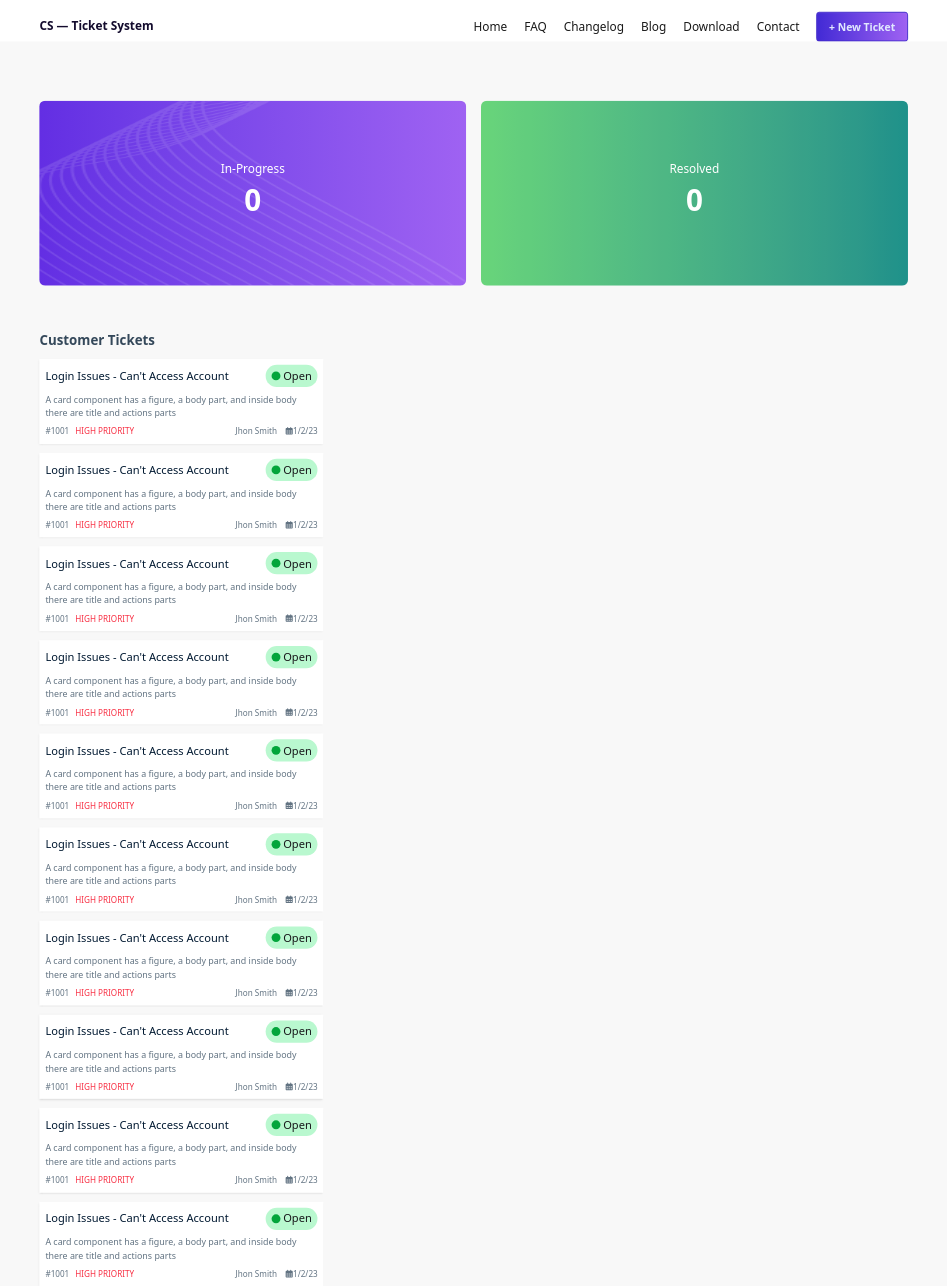
Repository: SanjidaSnigdha/Customer-Support-Zone
Page: /
The author's editor kept a copy of each file at every save. The page is drawn from the files as they stood at one save, then again after the next save.
The browser window is 1280 px wide. The pictures show the whole page, at 74% of full size.
The project was rebuilt for these pictures with package versions that can differ from the ones it lists, and the page was loaded fresh each time. Also part of the build but not shown: vite.config.js, src/App.css.

Above is the page before, as saved 2026-03-24 04:32:23.

After the next save:
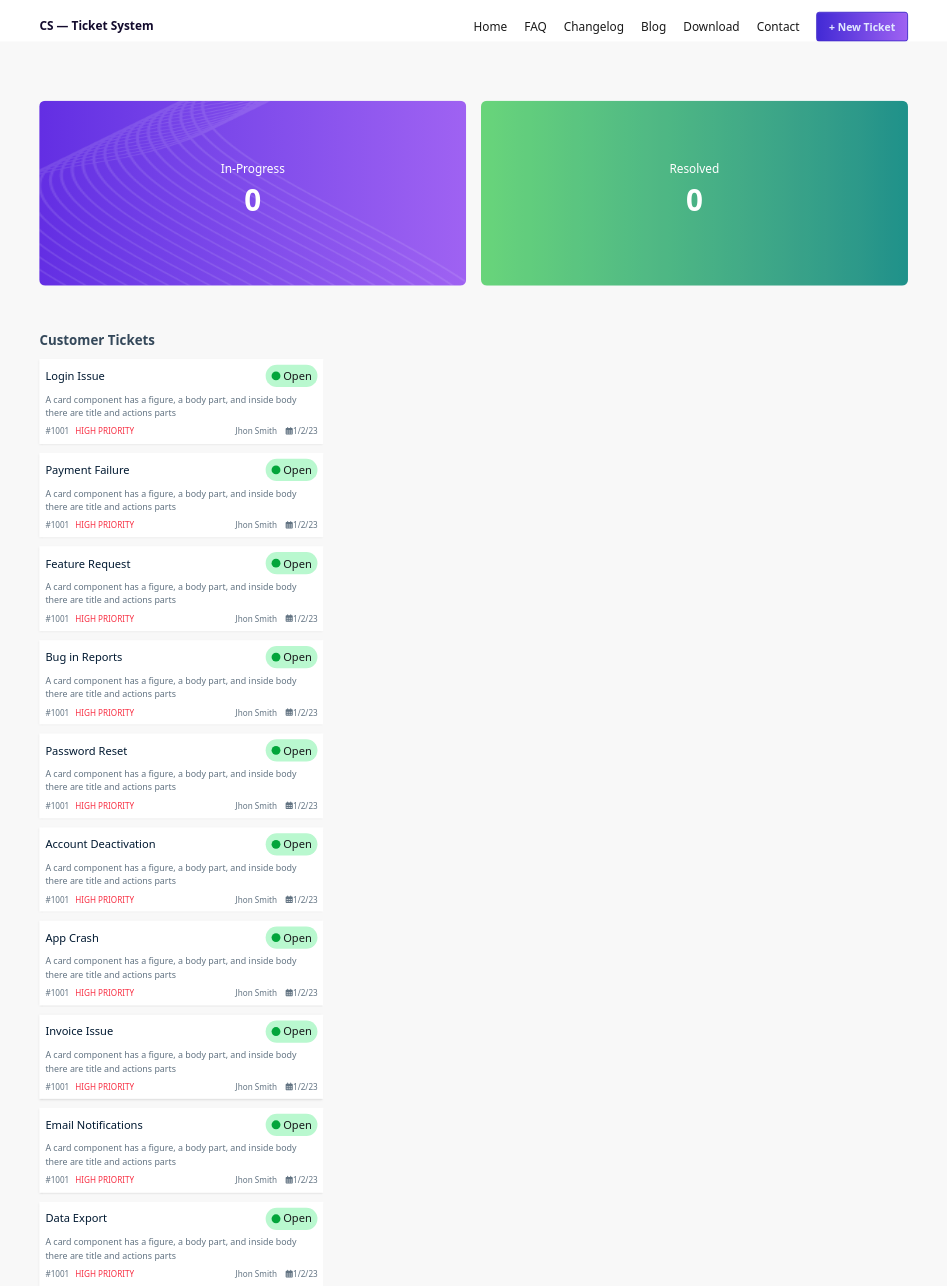
Saved 3 min 8 s later.
--- a/src/component/CustomerTickets/CustomerTickets.jsx
+++ b/src/component/CustomerTickets/CustomerTickets.jsx
@@ -15,7 +15,7 @@ const CustomerTickets = ({customerPromise}) => {
               <div className="card w-96 bg-base-100 card-xs shadow-sm mt-3 rounded-none">
   <div className="card-body">
     <div className='flex justify-between'>
-     <h2 className="card-title text-[#001931] font-medium text-[15px]">Login Issues - Can't Access Account</h2>
+     <h2 className="card-title text-[#001931] font-medium text-[15px]">{customer.title}</h2>
      <button className='rounded-4xl bg-[#B9F8CF] w-[70px] h-[30px] flex items-center gap-1 p-2 font-medium text-[15px]'><span className='bg-[#02A53B] rounded-full w-3 h-3'></span>Open</button>
 
     </div>
